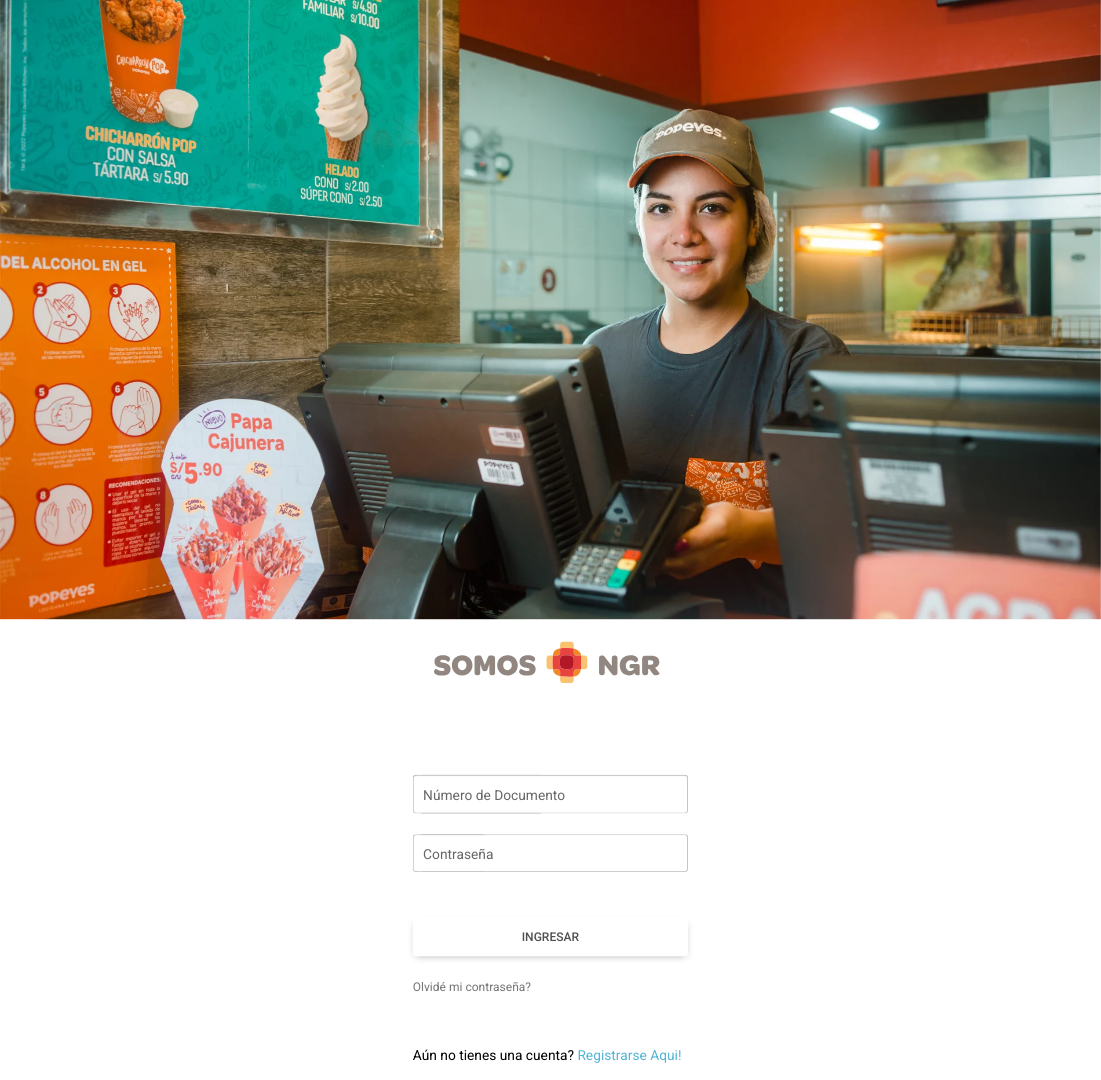
Repository: igmeMarcial/ProyectoLP-2023
Page: http://localhost/proyectoLP_2023/
These files come from the project's save history. The page is drawn as it stood at one moment and after the next save; the edit follows.
The browser window is 1280 px wide. The pictures show the whole page, at 86% of full size.
Some web libraries are served in a nearby version. The page is served by Tomcat 9. Other server files are loaded and not shown.

Above is the page before, as saved 2023-03-18 16:15:48.

### proyectoLP_2023/WebContent/index.jsp

<%@ page language="java" contentType="text/html; charset=ISO-8859-1"
    pageEncoding="ISO-8859-1"%>
<!DOCTYPE html>
<html lang="en">
<head>
    <meta charset="UTF-8">
    <meta http-equiv="X-UA-Compatible" content="IE=edge">
    <meta name="viewport" content="width=device-width, initial-scale=1.0">
    <link rel="icon" type="image/x-icon" href="favicon.ico">
    <link rel="preconnect" href="https://fonts.googleapis.com">
	<link rel="preconnect" href="https://fonts.gstatic.com" crossorigin>
	<link href="https://fonts.googleapis.com/css2?family=Poppins:wght@400;500;600;700&display=swap" rel="stylesheet">
	<!-- Font Awesome -->
	<link
	  href="https://cdnjs.cloudflare.com/ajax/libs/font-awesome/6.0.0/css/all.min.css"
	  rel="stylesheet"
	/>
	<!-- Google Fonts -->
	<link
	  href="https://fonts.googleapis.com/css?family=Roboto:300,400,500,700&display=swap"
	  rel="stylesheet"
	/>
	<link
	  href="https://cdnjs.cloudflare.com/ajax/libs/mdb-ui-kit/6.2.0/mdb.min.css"
	  rel="stylesheet"
	/>
	<title>SomosNGR</title>
	<link rel="stylesheet" type="text/css" href="./css/login.css" />
</head>
<body>
<section class="vh-100">
  	<div class="container-fluid p-0">
    <div class="row-login vh-100 ">
	   <div class="w-100 img-login  text-center">
	        <img src="./img/DSC_0005.webp"
	          alt="Login image" class="w-100 vh-100" style="object-fit: cover; object-position: center;">
	   </div>
      <div class="text-black">

        <div class="px-5 text-center mb-5">
          <img alt="logo" class="logo-app mt-4 mb-4  ng-lazyloaded" src="./img/logo-somosngr.svg">
        </div>

        <div class="d-flex align-items-center justify-content-center h-custom-2 px-5  mt-5 pt-5 pt-xl-0  ">

          <form action="ControladorPerfil?accion=Ingresar" method="post" style="width: 20rem;">

            <h3 class="fw-normal mb-3 pb-3" style="letter-spacing: 1px;"></h3>

            <div class="form-outline mb-4">
              <input type="text" id="input-custom" name="usuario" class="form-control form-control-lg " />
              <label class="form-label" for="form2Example18">Número de Documento</label>
            </div>

            <div class="form-outline mb-5">
              <input type="password" id="input-custom" name="password" class="form-control form-control-lg nput-custom"" />
              <label class="form-label" for="form2Example28">Contraseña</label>
            </div>

            <div class="pt-1 mb-4">
              <button name="accion" value="Ingresar" class="btn  btn-lg btn-block btn-login" type="submit">Ingresar</button>
            </div>

            <p class="small mb-5 pb-lg-2"><a class="text-muted" href="#!">Olvidé mi contraseña?</a></p>
            <p class="createNewLink">Aún no tienes una cuenta?<a href="#!" class="link-info"> Registrarse Aqui!</a></p>

          </form>

        </div>

      </div>

    </div>
  </div>

</section>

<script
  type="text/javascript"
  src="https://cdnjs.cloudflare.com/ajax/libs/mdb-ui-kit/6.2.0/mdb.min.js"
></script>

</body>
</html>

### proyectoLP_2023/WebContent/css/login.css
.bg-image-vertical {
position: relative;
overflow: hidden;
background-repeat: no-repeat;
background-position: right center;
background-size: auto 100%;
}

@media (min-width: 1025px) {
.h-custom-2 {
height: 100%;
}
}


@media screen and (max-width: 900px){
.img-login {
    display: none !important;
}
.row-login{
	display: grid;
    align-items: center;
    justify-items: center;
}
}
.row{
	align-items: center;
    justify-content: center;
}
}
.row-login{height: 100vh;
}

.row-login {
    display: grid;

    align-items: center;
    justify-items: center;
}

@media screen and (min-width: 900px){
	grid-template-columns: 1.5fr .9fr;
}

### proyectoLP_2023/WebContent/img/logo-somosngr.svg
<svg width="273" height="53" viewBox="0 0 273 53" fill="none" xmlns="http://www.w3.org/2000/svg">
<g clip-path="url(#clip0)">
<path d="M175.779 18.5166H171.647C171.551 17.3772 171.394 16.4728 171.187 16.0078C169.882 13.0112 166.374 11.0696 163.09 10.2827V5.68425C163.09 5.27172 163.01 4.86323 162.854 4.48213C162.698 4.10104 162.469 3.7548 162.18 3.46322C161.892 3.17163 161.549 2.94041 161.172 2.78278C160.796 2.62514 160.392 2.54418 159.984 2.54451H150.414C149.591 2.54451 148.801 2.87522 148.219 3.46396C147.636 4.05271 147.309 4.8513 147.308 5.68425V10.2265C147.929 10.132 148.571 10.0605 149.24 10.0068C148.578 10.0605 147.929 10.132 147.308 10.2265C146.975 10.2776 146.646 10.3313 146.328 10.3977C141.489 11.4196 139.446 13.7597 138.91 18.5166H134.635C133.811 18.5166 133.02 18.8475 132.437 19.4368C131.854 20.026 131.526 20.8252 131.526 21.6588V31.3386C131.526 32.1723 131.854 32.9715 132.437 33.5607C133.02 34.15 133.811 34.4809 134.635 34.4809H138.971C138.971 34.4094 138.958 34.3353 138.951 34.2612C138.951 34.3353 138.951 34.4094 138.971 34.4809C139.512 39.621 143.105 41.5498 147.305 42.2932V47.303C147.306 48.1366 147.634 48.9359 148.217 49.5251C148.8 50.1143 149.59 50.4453 150.414 50.4453H159.981C160.389 50.4453 160.793 50.364 161.17 50.2061C161.547 50.0482 161.889 49.8167 162.178 49.525C162.466 49.2332 162.695 48.8868 162.851 48.5055C163.007 48.1243 163.088 47.7157 163.088 47.303V42.983L163.545 42.9396C168.412 42.4772 170.745 38.829 171.488 34.486H175.779C176.602 34.4854 177.392 34.154 177.974 33.5648C178.556 32.9756 178.883 32.1767 178.883 31.3438V21.6588C178.883 20.8259 178.556 20.027 177.974 19.4378C177.392 18.8486 176.602 18.5172 175.779 18.5166Z" fill="white" stroke="white" stroke-width="20" stroke-miterlimit="10"/>
<path d="M149.543 42.3289C148.785 42.2625 148.028 42.1654 147.308 42.0377V47.0475C147.309 47.8811 147.636 48.6803 148.219 49.2696C148.802 49.8588 149.593 50.1898 150.417 50.1898H159.984C160.392 50.1898 160.796 50.1085 161.173 49.9506C161.549 49.7926 161.892 49.5612 162.18 49.2694C162.469 48.9776 162.698 48.6312 162.854 48.25C163.01 47.8687 163.09 47.4601 163.09 47.0475V42.7275C158.797 43.1285 153.902 42.7862 149.543 42.334" fill="#FAC26F"/>
<path d="M160.014 9.65427C161.05 9.66171 162.082 9.78682 163.09 10.0273V5.42879C163.09 5.01625 163.01 4.60777 162.854 4.22667C162.698 3.84557 162.469 3.49934 162.18 3.20775C161.892 2.91617 161.549 2.68495 161.172 2.52731C160.795 2.36968 160.392 2.28871 159.984 2.28905H150.414C149.591 2.28905 148.801 2.61976 148.219 3.2085C147.636 3.79724 147.309 4.59584 147.308 5.42879V9.97106C151.233 9.37326 156.173 9.65427 160.014 9.65427Z" fill="#FAC26F"/>
<path d="M138.867 18.6698C138.883 18.5319 138.898 18.3965 138.91 18.2611H134.635C133.811 18.2611 133.02 18.5921 132.437 19.1813C131.854 19.7705 131.526 20.5697 131.526 21.4034V31.0832C131.526 31.9168 131.854 32.716 132.437 33.3053C133.02 33.8945 133.811 34.2255 134.635 34.2255H138.971C138.958 34.0952 138.943 33.97 138.933 33.8269C138.428 26.5562 138.521 22.4431 138.867 18.6698Z" fill="#FAC26F"/>
<path d="M175.779 18.2611H171.647C171.96 21.9629 171.75 28.2244 171.766 30.7383C171.772 31.9067 171.678 33.0735 171.485 34.2255H175.779C176.602 34.2248 177.392 33.8934 177.974 33.3042C178.556 32.715 178.883 31.9161 178.883 31.0832V21.4034C178.883 20.5704 178.556 19.7716 177.974 19.1823C177.392 18.5931 176.602 18.2618 175.779 18.2611Z" fill="#FAC26F"/>
<path d="M144.209 18.2611C145.033 18.2611 145.823 17.93 146.406 17.3407C146.988 16.7514 147.316 15.9522 147.316 15.1188V9.97105C146.982 10.0221 146.654 10.0758 146.336 10.1422C141.497 11.1641 139.453 13.5042 138.918 18.2611H144.222H144.209Z" fill="#F18925"/>
<path d="M163.09 15.1187C163.091 15.9515 163.418 16.75 164 17.339C164.582 17.9281 165.371 18.2597 166.194 18.261H171.647C171.551 17.1216 171.394 16.2173 171.187 15.7523C169.882 12.7556 166.374 10.8141 163.09 10.0272V15.1085V15.1187Z" fill="#F18925"/>
<path d="M166.194 34.2254C165.372 34.2274 164.584 34.5585 164.003 35.1463C163.421 35.7342 163.093 36.5309 163.09 37.3626V42.7275L163.547 42.684C168.414 42.2216 170.748 38.5735 171.49 34.2305H166.187L166.194 34.2254Z" fill="#F18925"/>
<path d="M147.308 37.3626C147.308 36.9499 147.228 36.5413 147.071 36.1601C146.915 35.7789 146.686 35.4325 146.398 35.1407C146.11 34.8489 145.767 34.6174 145.39 34.4595C145.013 34.3016 144.609 34.2203 144.201 34.2203H138.971C139.511 39.3604 143.105 41.2892 147.305 42.0326V37.3626H147.308Z" fill="#F18925"/>
<path d="M163.214 28.1656C163.229 30.9503 162.204 33.6991 159.208 33.9853C157.067 34.2152 154.584 34.0415 152.389 33.8141C149.864 33.5842 147.444 32.7743 147.222 29.6729C146.969 26.1295 147.022 24.1241 147.192 22.2898C147.414 19.8347 148.401 18.6442 150.823 18.1307C152.798 17.7322 155.46 17.8957 157.494 17.8957C159.355 17.8957 162.09 18.9176 162.936 20.8668C163.388 21.8351 163.209 26.5664 163.219 28.1656H163.214ZM171.652 18.2712H166.194C165.371 18.2699 164.582 17.9383 164 17.3492C163.418 16.7602 163.091 15.9617 163.09 15.129V10.0272C162.082 9.78332 161.05 9.65478 160.014 9.64399C156.173 9.64399 151.233 9.36297 147.308 9.96077V15.1085C147.308 15.5212 147.228 15.9298 147.071 16.311C146.915 16.6923 146.686 17.0387 146.398 17.3304C146.11 17.6222 145.767 17.8537 145.39 18.0116C145.013 18.1695 144.609 18.2508 144.201 18.2508H138.905C138.905 18.3862 138.878 18.5216 138.862 18.6596C138.519 22.4303 138.413 26.5459 138.928 33.8166C138.928 33.9546 138.953 34.0849 138.966 34.2152H144.209C145.033 34.2152 145.823 34.5462 146.406 35.1355C146.988 35.7248 147.315 36.5241 147.315 37.3575V42.0377C148.048 42.1654 148.795 42.2625 149.551 42.3289C153.91 42.7811 158.804 43.1235 163.098 42.7224V37.3626C163.098 36.5296 163.426 35.7309 164.007 35.1414C164.589 34.5519 165.378 34.2198 166.202 34.2177H171.505C171.697 33.0656 171.789 31.8988 171.781 30.7306C171.766 28.2218 171.975 21.9551 171.662 18.2534" fill="#E7443E"/>
<path d="M162.931 20.8566C162.085 18.915 159.347 17.8855 157.489 17.8855C155.455 17.8855 152.793 17.722 150.818 18.1205C148.394 18.6315 147.411 19.8245 147.187 22.2796C147.017 24.1139 146.967 26.1116 147.217 29.6627C147.439 32.7641 149.849 33.574 152.384 33.8039C154.584 34.0312 157.067 34.205 159.203 33.975C162.191 33.6889 163.224 30.94 163.209 28.158C163.209 26.5562 163.378 21.8248 162.926 20.8566" fill="#B31829"/>
</g>
<path d="M9.695 41.49C16.52 41.49 19.915 38.725 19.915 33.79C19.915 29.625 16.52 27.7 12.075 26.72C9.695 26.195 7.875 26.3 7.875 25.005C7.875 23.85 8.89 23.22 10.92 23.22C13.055 23.22 15.4 24.27 16.905 25.67C17.045 25.81 19.39 24.13 19.39 22.17C19.39 19.93 16.8 17.865 10.85 17.865C4.62 17.865 1.19 20.77 1.19 25.39C1.19 30.115 5.005 31.69 8.785 32.46C11.025 32.95 12.845 32.95 12.845 34.35C12.845 35.505 11.83 36.135 9.695 36.135C7.28 36.135 4.445 34.84 2.975 33.51C2.765 33.335 0.665 35.155 0.665 36.835C0.665 39.215 3.045 41.49 9.695 41.49ZM33.3862 41.49C40.3862 41.49 45.3562 36.555 45.3562 29.66C45.3562 22.8 40.3862 17.865 33.4212 17.865C26.4562 17.865 21.4512 22.8 21.4512 29.66C21.4512 36.59 26.4212 41.49 33.3862 41.49ZM33.4212 35.225C30.3762 35.225 28.3812 33.02 28.3812 29.66C28.3812 26.23 30.3412 24.06 33.3862 24.06C36.4312 24.06 38.4262 26.335 38.4262 29.66C38.4262 33.02 36.4312 35.225 33.4212 35.225ZM50.5851 41.175H51.7051C53.7351 41.175 54.4351 40.055 54.4351 37.92V28.505L56.7801 34.875C57.1651 35.785 57.0951 36.59 59.7201 36.59C62.3451 36.59 62.3801 35.75 62.6951 34.875L65.0401 28.225V37.92C65.0401 40.055 65.8801 41.175 67.8051 41.175H68.9251C70.9201 41.175 71.6551 40.055 71.6551 37.92V21.54C71.6551 19.335 70.5351 18.18 68.4351 18.18H66.4751C64.8651 18.18 64.1301 18.53 63.4651 20.07L59.7551 29.135L56.0801 20.07C55.4501 18.635 54.8201 18.18 52.9651 18.18H50.9701C48.9401 18.18 47.8201 19.335 47.8201 21.54V37.92C47.8201 40.055 48.6251 41.175 50.5851 41.175ZM86.0913 41.49C93.0913 41.49 98.0613 36.555 98.0613 29.66C98.0613 22.8 93.0913 17.865 86.1263 17.865C79.1613 17.865 74.1563 22.8 74.1563 29.66C74.1563 36.59 79.1263 41.49 86.0913 41.49ZM86.1263 35.225C83.0813 35.225 81.0863 33.02 81.0863 29.66C81.0863 26.23 83.0463 24.06 86.0913 24.06C89.1363 24.06 91.1313 26.335 91.1313 29.66C91.1313 33.02 89.1363 35.225 86.1263 35.225ZM108.645 41.49C115.47 41.49 118.865 38.725 118.865 33.79C118.865 29.625 115.47 27.7 111.025 26.72C108.645 26.195 106.825 26.3 106.825 25.005C106.825 23.85 107.84 23.22 109.87 23.22C112.005 23.22 114.35 24.27 115.855 25.67C115.995 25.81 118.34 24.13 118.34 22.17C118.34 19.93 115.75 17.865 109.8 17.865C103.57 17.865 100.14 20.77 100.14 25.39C100.14 30.115 103.955 31.69 107.735 32.46C109.975 32.95 111.795 32.95 111.795 34.35C111.795 35.505 110.78 36.135 108.645 36.135C106.23 36.135 103.395 34.84 101.925 33.51C101.715 33.335 99.6152 35.155 99.6152 36.835C99.6152 39.215 101.995 41.49 108.645 41.49Z" fill="#928681"/>
<path d="M195.55 41.175H196.145C198.14 41.175 199.19 40.055 199.19 37.92V28.89L207.485 39.635C208.43 40.755 208.92 41.175 210.6 41.175H211.16C212.91 41.175 213.995 40.09 213.995 37.92V21.435C213.995 19.3 212.98 18.18 211.055 18.18H210.46C208.43 18.18 207.415 19.3 207.415 21.435V30.395L199.295 19.825C198.315 18.67 197.79 18.18 196.145 18.18H195.48C193.66 18.18 192.575 19.265 192.575 21.435V37.92C192.575 40.055 193.59 41.175 195.55 41.175ZM233.984 38.48C234.544 40.615 236.049 41.175 237.449 41.175C238.709 41.175 239.794 40.685 239.794 40.475V30.99C239.829 28.96 239.409 28.015 237.379 28.015H231.219C229.014 28.015 227.929 28.435 227.929 30.43V30.745C227.929 32.67 229.014 33.16 231.219 33.16H233.564C233.214 34.98 231.604 36.135 229.119 36.135C225.969 36.135 223.694 33.72 223.694 30.01C223.694 26.335 226.214 23.85 229.434 23.85C231.429 23.85 233.249 24.725 234.474 26.265C234.649 26.51 237.974 25.635 237.974 23.115C237.974 20.105 234.684 17.865 229.014 17.865C221.559 17.865 216.624 22.8 216.624 29.66C216.624 36.45 220.859 41.35 227.404 41.35C230.554 41.35 232.759 40.23 233.984 38.48ZM249.578 28.96V23.675H252.448C254.653 23.675 255.668 24.585 255.668 26.335C255.668 28.015 254.618 28.96 252.518 28.96H249.578ZM257.803 32.425C261.023 31.515 262.703 29.1 262.703 25.81C262.703 20.945 259.553 18.355 253.253 18.355H246.253C243.943 18.355 242.648 19.72 242.648 22.275V37.115C242.648 39.67 243.698 41.175 245.623 41.175H246.603C248.633 41.175 249.683 40.02 249.683 37.92V33.965H250.978L254.163 38.2C255.633 40.23 256.718 41.175 258.888 41.175C261.898 41.175 263.123 39.04 262.913 38.76L257.803 32.425Z" fill="#928681"/>
<defs>
<clipPath id="clip0">
<rect width="118" height="53" fill="white" transform="translate(129)"/>
</clipPath>
</defs>
</svg>

After the next save:
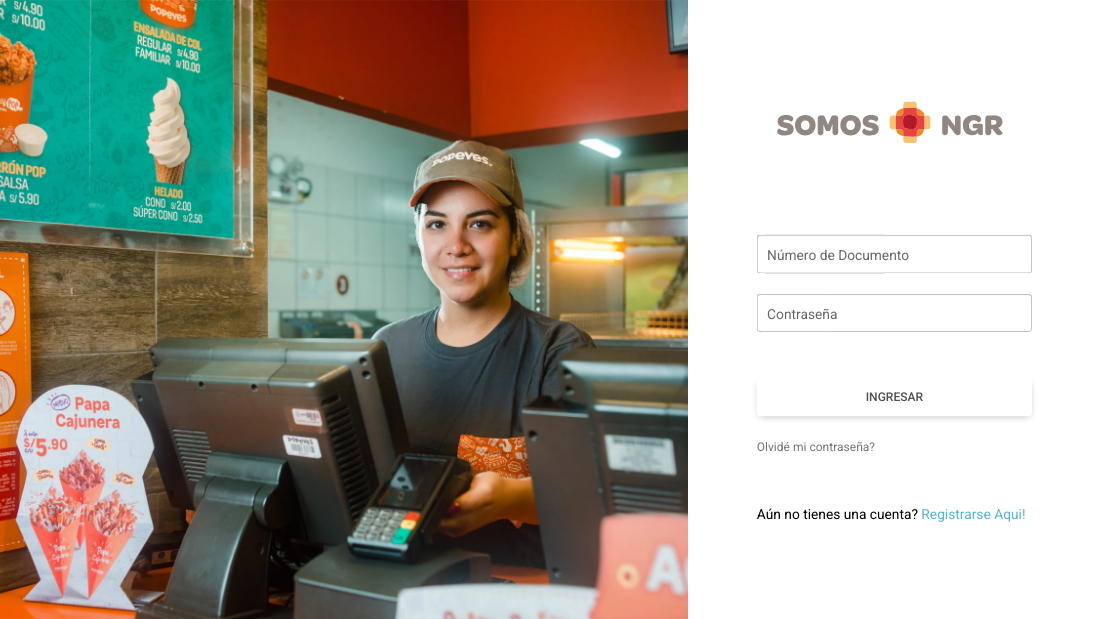
Saved 23 s later.
--- a/proyectoLP_2023/WebContent/css/login.css
+++ b/proyectoLP_2023/WebContent/css/login.css
@@ -39,5 +39,7 @@
 }
 
 @media screen and (min-width: 900px){
+	.row-login {
 	grid-template-columns: 1.5fr .9fr;
+	}
 }

After the save that followed:
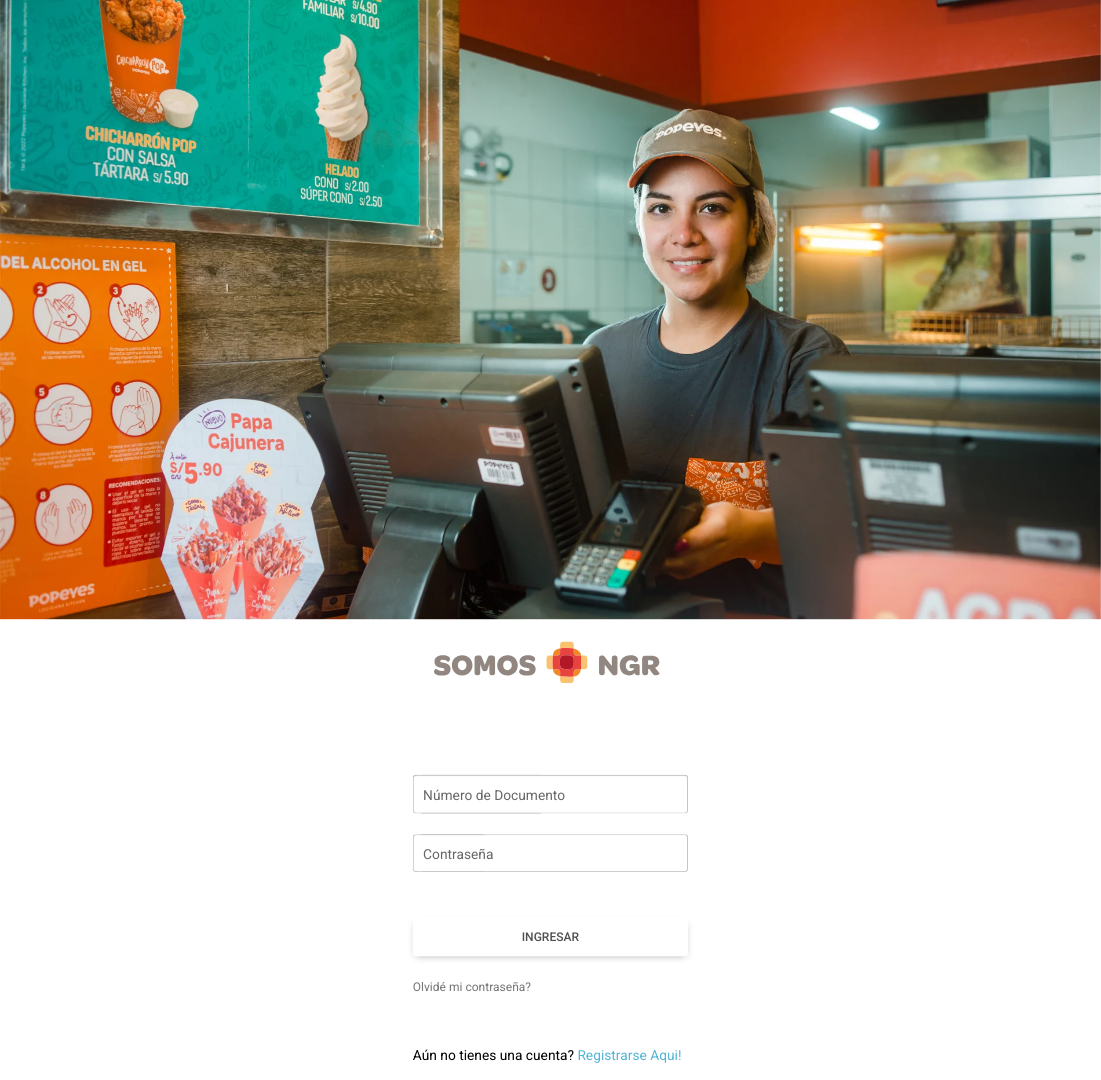
Saved 94 s later.
--- a/proyectoLP_2023/WebContent/css/login.css
+++ b/proyectoLP_2023/WebContent/css/login.css
@@ -28,12 +28,11 @@
     justify-content: center;
 }
 }
-.row-login{height: 100vh;
-}
+
 
 .row-login {
     display: grid;
-
+    height: 100vh;
     align-items: center;
     justify-items: center;
 }
